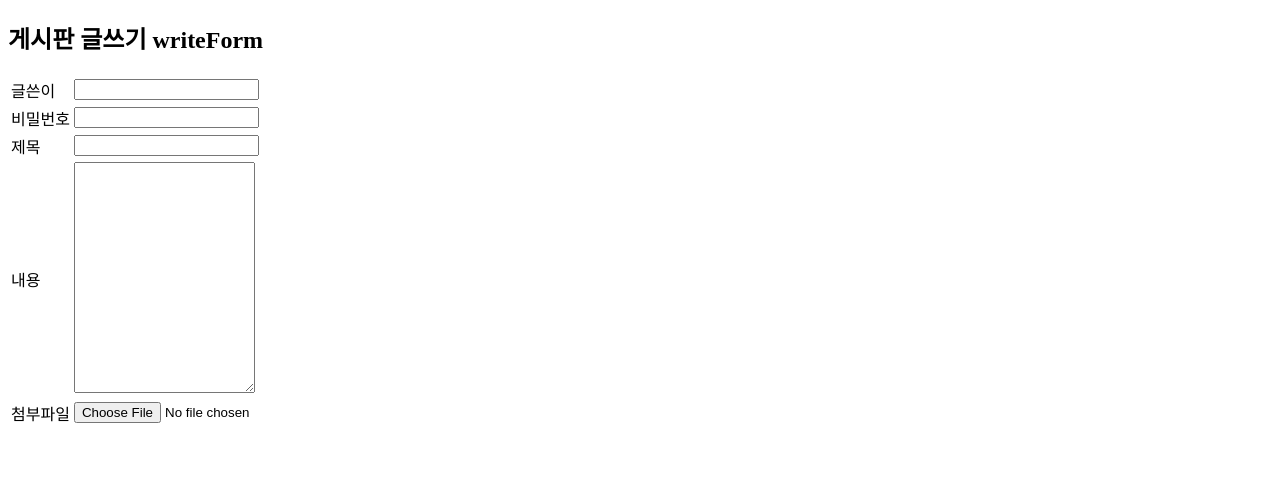
Repository: dongcmd/dong_jsp
Page: http://localhost/model2Study/view/board/writeForm.jsp
These files come from the project's save history. The page is drawn as it stood at one moment and after the next save; the edit follows.
The browser window is 1280 px wide. The pictures show the whole page.
The page is served by Tomcat 9. Other server files are loaded and not shown.

Above is the page before, as saved 2025-04-17 00:39:23.

### model2Study/src/main/webapp/view/board/writeForm.jsp
<%@ page language="java" contentType="text/html; charset=UTF-8"
    pageEncoding="UTF-8"%>
<%-- /webapp/biew/board/writeForm.jsp --%>
<!DOCTYPE html>
<html>
<head>
<meta charset="UTF-8">
<title>게시글 등록</title>
</head>
<body>
	<form action="write" method="post" enctype="multipart/form-data" name="f">
		<h2 class="text-center">게시판 글쓰기 writeForm</h2>
		<table class="table">
			<tr><td>글쓴이</td>
					<td><input name="writer" class="form-control"></td></tr>
			<tr><td>비밀번호</td>
					<td><input type="password" name="pass" class="form-control"></td></tr>
			<tr><td>제목</td>
					<td><input name="title" class="form-control"></td></tr>
			<tr><td>내용</td>
					<td><textarea rows="15" name="content" class="form-control" id="content"></textarea>
			<tr><td>첨부파일</td>
					<td><input type="file" name="file1"></td></tr>
		</table>
	</form>
</body>
</html>

After the next save:
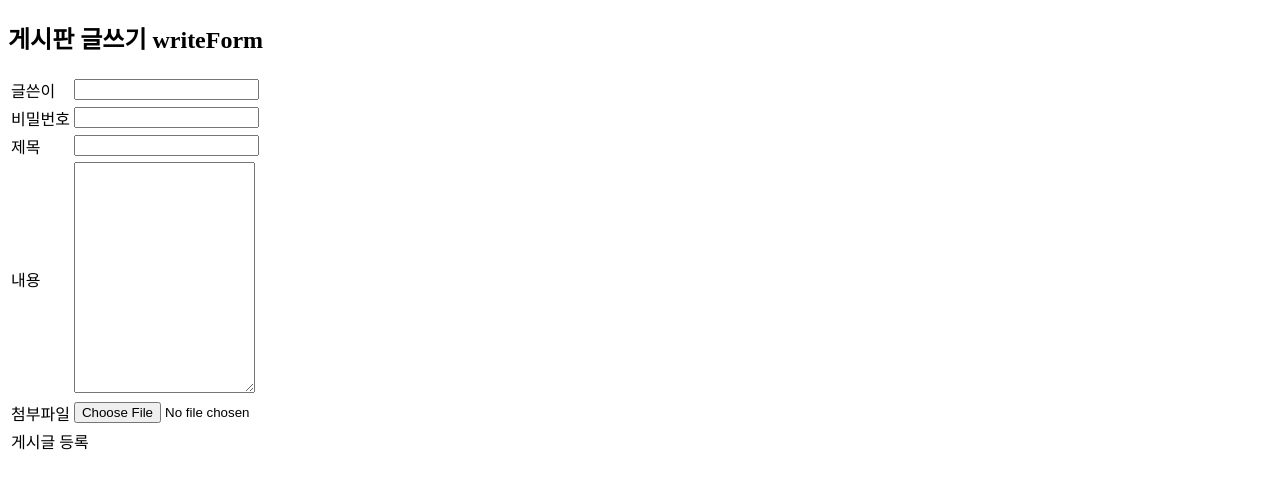
Saved 86 s later.
--- a/model2Study/src/main/webapp/view/board/writeForm.jsp
+++ b/model2Study/src/main/webapp/view/board/writeForm.jsp
@@ -21,6 +21,7 @@
 					<td><textarea rows="15" name="content" class="form-control" id="content"></textarea>
 			<tr><td>첨부파일</td>
 					<td><input type="file" name="file1"></td></tr>
+			<tr><td colspan="2">게시글 등록</td>
 		</table>
 	</form>
 </body>
